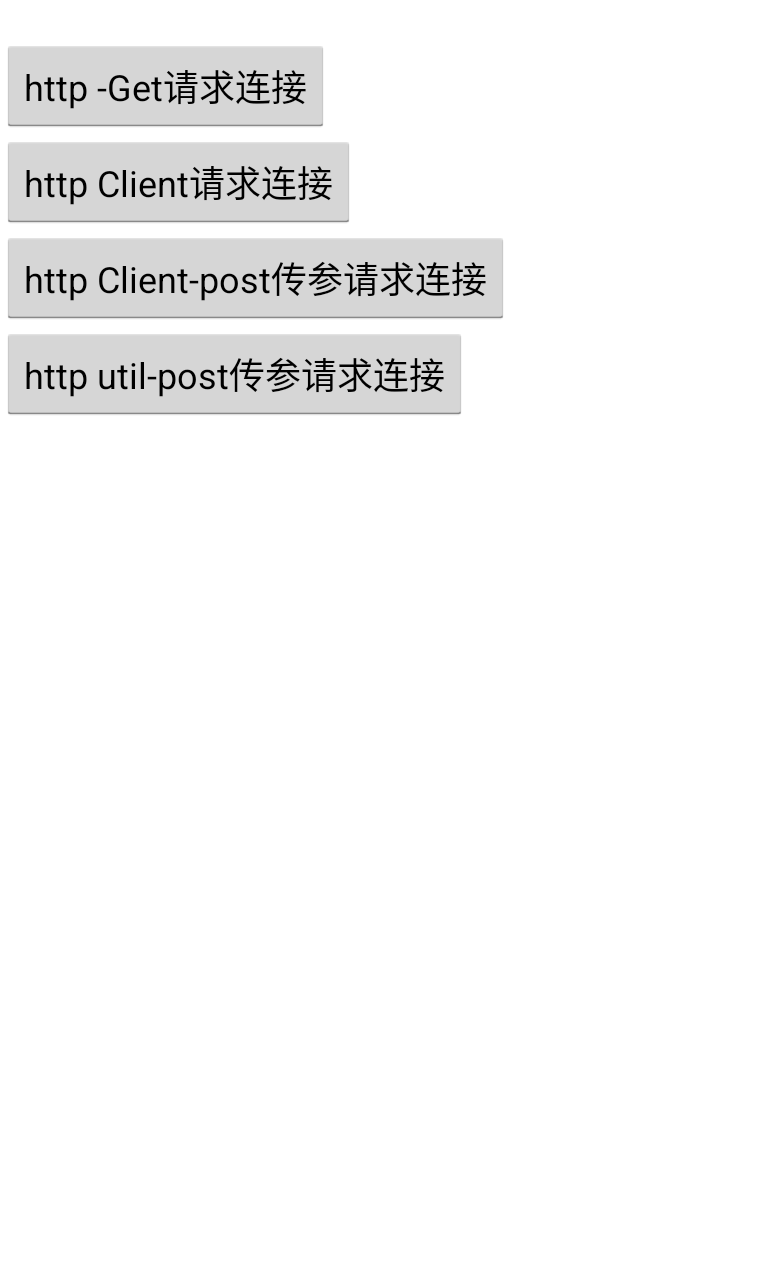
Repository: Lei13/Android
Layout: androidframe/res/layout/http_connect_activity_layout.xml
These files come from the project's save history. The layout is drawn as it stood at one moment and after the next save; the edit follows.
It is drawn on a 768 x 1280 px phone screen (xhdpi) without system bars, with theme AppTheme; the app's code is not run.

Above is the layout before, as saved 2015-11-19 08:34:53.

After the next save:
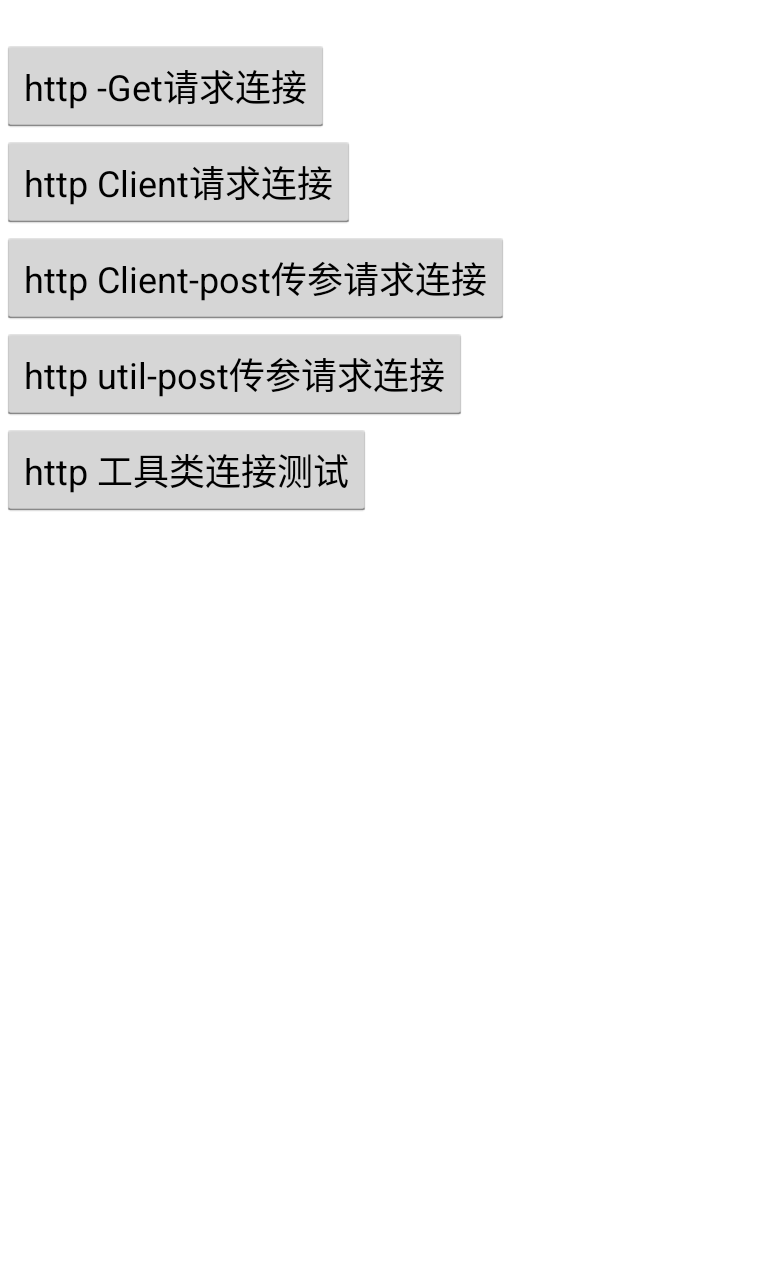
Saved 59 s later.
--- a/androidframe/res/layout/http_connect_activity_layout.xml
+++ b/androidframe/res/layout/http_connect_activity_layout.xml
@@ -28,6 +28,11 @@
         android:layout_width="wrap_content"
         android:layout_height="wrap_content"
         android:text="http util-post传参请求连接"/>
+     <Button
+        android:id="@+id/http_util_test_btn"
+        android:layout_width="wrap_content"
+        android:layout_height="wrap_content"
+        android:text="http 工具类连接测试"/>
 
 
 </LinearLayout>
